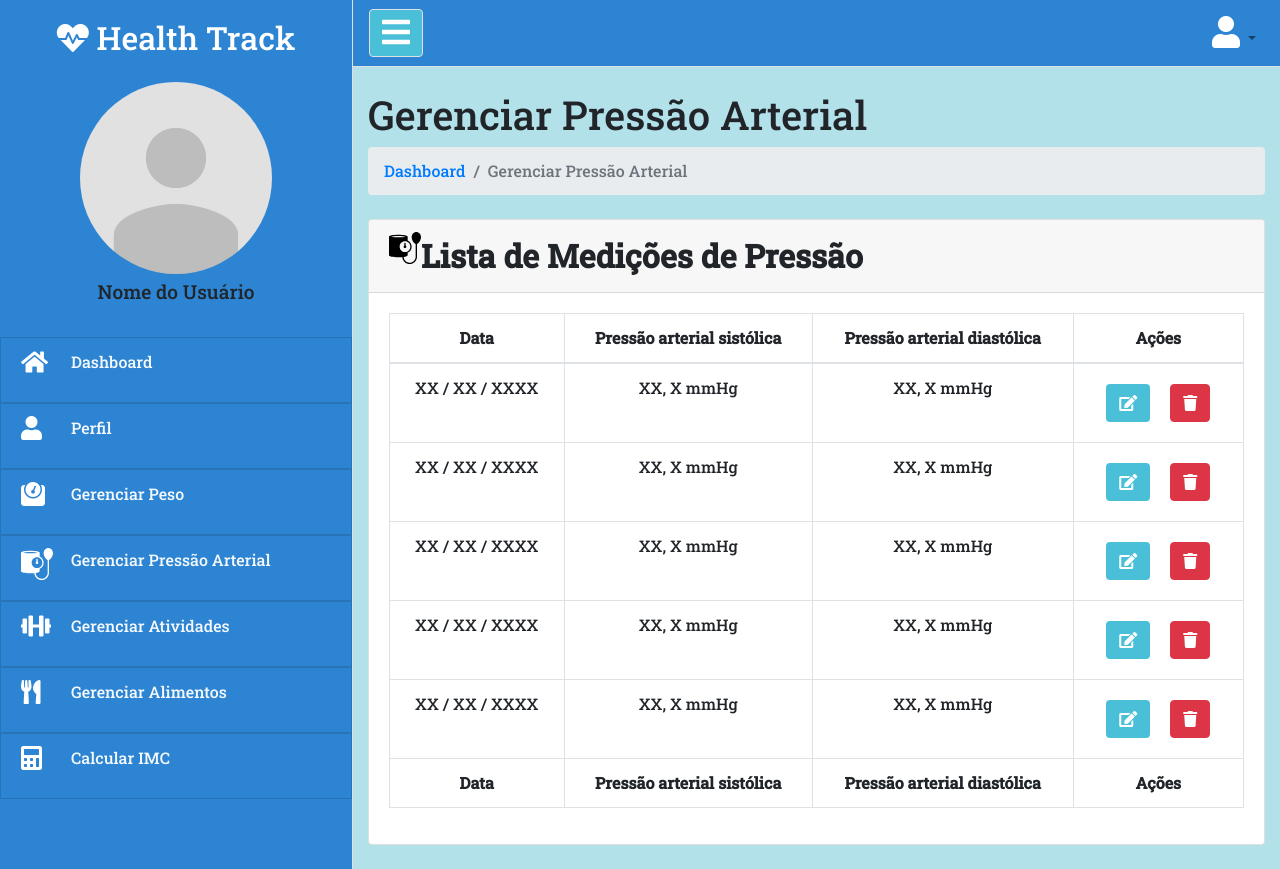
Repository: Kendysan88/projetoHealthTrack
Page: http://localhost/HealthTrack/blood-pressure.jsp
The author's editor kept a copy of each file at every save. The page is drawn from the files as they stood at one save, then again after the next save.
The browser window is 1280 px wide. The pictures show the whole page.
Some web libraries are served in a nearby version. The page is served by Tomcat 9. Other server files are loaded and not shown.

Above is the page before, as saved 2020-11-02 15:52:27.
Console error: TypeError: Cannot read properties of null (reading 'length')

### Integration/HealthTrack/WebContent/blood-pressure.jsp
<%@ page language="java" contentType="text/html; charset=ISO-8859-1"
	pageEncoding="ISO-8859-1"%>
<!DOCTYPE html>
<html>
<head>
<meta charset="ISO-8859-1">
<title>Pressão Sanguínea</title>
<%@ include file="header.jsp"%>
</head>
<body>
	<main class="d-flex" id="recolhe-menu">

		<!-- Menu Lateral -->
		<%@ include file="menu-aside.jsp"%>
		<!-- Fim-->

		<!-- Conteúdo da Página -->
		<section id="conteudo-pagina">

			<!-- Menu para deslogar -->
			<%@ include file="menu-top.jsp"%>
			<!-- Fim -->

			<!-- Conteúdo Principal -->
			<div class="container-fluid">
				<h1 class="mt-4">Gerenciar Pressão Arterial</h1>
				<ol class="breadcrumb mb-4">
					<li class="breadcrumb-item"><a href="home.jsp">Dashboard</a></li>
					<li class="breadcrumb-item active">Gerenciar Pressão Arterial</li>
				</ol>
				<div class="card mb-4">
					<div class="card-header cartao-titulo">
						<img src="resources/img/blood-pressure-black.svg"
					class="icone-pressao-arterial-branco"> Lista de Medições de
						Pressão
					</div>
					<div class="card-body">
						<div class="table-responsive text-center">
							<table class="table table-bordered" id="" width="100%"
								cellspacing="0">
								<thead>
									<tr>
										<th>Data</th>
										<th>Pressão arterial sistólica</th>
										<th>Pressão arterial diastólica</th>
										<th>Ações</th>
									</tr>
								</thead>
								<tfoot>
									<tr>
										<th>Data</th>
										<th>Pressão arterial sistólica</th>
										<th>Pressão arterial diastólica</th>
										<th>Ações</th>
									</tr>
								</tfoot>
								<tbody>
									<tr>
										<td>XX / XX / XXXX</td>
										<td>XX, X mmHg</td>
										<td>XX, X mmHg</td>
										<td>
											<button type="button" class="btn m-2 cor-botao"
												data-target="#modalPressao" data-toggle="modal">
												<i class="fas fa-edit"></i>
											</button>
											<button type="button" class="btn m-2 btn-danger">
												<i class="fas fa-trash"></i>
											</button>
										</td>
									</tr>
									<tr>
										<td>XX / XX / XXXX</td>
										<td>XX, X mmHg</td>
										<td>XX, X mmHg</td>
										<td>
											<button type="button" class="btn m-2 cor-botao">
												<i class="fas fa-edit"></i>
											</button>
											<button type="button" class="btn m-2 btn-danger">
												<i class="fas fa-trash"></i>
											</button>
										</td>
									</tr>
									<tr>
										<td>XX / XX / XXXX</td>
										<td>XX, X mmHg</td>
										<td>XX, X mmHg</td>
										<td>
											<button type="button" class="btn m-2 cor-botao">
												<i class="fas fa-edit"></i>
											</button>
											<button type="button" class="btn m-2 btn-danger">
												<i class="fas fa-trash"></i>
											</button>
										</td>
									</tr>
									<tr>
										<td>XX / XX / XXXX</td>
										<td>XX, X mmHg</td>
										<td>XX, X mmHg</td>
										<td>
											<button type="button" class="btn m-2 cor-botao">
												<i class="fas fa-edit"></i>
											</button>
											<button type="button" class="btn m-2 btn-danger">
												<i class="fas fa-trash"></i>
											</button>
										</td>
									</tr>
									<tr>
										<td>XX / XX / XXXX</td>
										<td>XX, X mmHg</td>
										<td>XX, X mmHg</td>
										<td>
											<button type="button" class="btn m-2 cor-botao">
												<i class="fas fa-edit"></i>
											</button>
											<button type="button" class="btn m-2 btn-danger">
												<i class="fas fa-trash"></i>
											</button>
										</td>
									</tr>
								</tbody>
							</table>
						</div>
					</div>
				</div>
			</div>
			<!-- Fim -->
		</section>
		<!-- Fim -->
	</main>

	<%@ include file="footer.jsp"%>

	<!-- Modal Pressão Sanguínea -->
	<%@ include file="blood-pressure-modal.jsp"%>
	<!-- Fim Modal Pressão Sanguínea -->
</body>
</html>

### Integration/HealthTrack/WebContent/header.jsp
<%@ page language="java" contentType="text/html; charset=ISO-8859-1"
    pageEncoding="ISO-8859-1"%>
<!DOCTYPE html>
<html>
<head>
<meta charset="ISO-8859-1">
<link rel="stylesheet" href="resources/css/bootstrap/bootstrap.min.css">
<link rel="stylesheet" href="resources/css/index.css">
<link rel="stylesheet" href="https://use.fontawesome.com/releases/v5.7.0/css/all.css" integrity="sha384-lZN37f5QGtY3VHgisS14W3ExzMWZxybE1SJSEsQp9S+oqd12jhcu+A56Ebc1zFSJ" crossorigin="anonymous">
<link href="https://fonts.googleapis.com/css2?family=Roboto+Slab:wght@500&display=swap" rel="stylesheet">
<title>Insert title here</title>
</head>
<body>
</body>
</html>

### Integration/HealthTrack/WebContent/menu-aside.jsp
<%@ page language="java" contentType="text/html; charset=ISO-8859-1"
	pageEncoding="ISO-8859-1"%>
<!DOCTYPE html>
<html>
<head>
<meta charset="ISO-8859-1">
<title>Insert title here</title>
</head>
<body>
	<aside class="cor-especial border-right" id="menu-lateral">
		<div class="menu-lateral-posicao">
			<div class="text-center">
				<p class="titulo-menu-lateral">
					<i class="icones-cabecalho fas fa-heartbeat"></i> Health Track
				</p>
				<img src="resources/img/avatar.png" class="img-fluid p-1 rounded-circle"
					alt="Foto do Usuário">
				<p>Nome do Usuário</p>
			</div>
		</div>
		<ul class="list-group list-group-flush">
			<li><a href="home.jsp"
				class="lista-lateral cor-especial list-group-item"> <i
					class="icones-menu-lateral fas fa-home"></i>
					<p>Dashboard</p>
			</a></li>
			<li><a href="user.jsp"
				class="lista-lateral cor-especial list-group-item"> <i
					class="icones-menu-lateral fas fa-user"></i>
					<p>Perfil</p>
			</a></li>
			<li><a href="weight.jsp"
				class="lista-lateral cor-especial list-group-item"> <i
					class="icones-menu-lateral fas fa-weight"></i>
					<p>Gerenciar Peso</p>
			</a></li>
			<li><a href="blood-pressure.jsp"
				class="lista-lateral cor-especial list-group-item"> <img
					src="resources/img/blood-pressure-white.svg"
					class="icone-pressao-arterial-branco">
					<p>Gerenciar Pressão Arterial</p>
			</a></li>
			<li><a href="physical-activity.jsp"
				class="lista-lateral cor-especial list-group-item"> <i
					class="icones-menu-lateral fas fa-dumbbell"></i>
					<p>Gerenciar Atividades</p>
			</a></li>
			<li><a href="food.jsp"
				class="lista-lateral cor-especial list-group-item"> <i
					class="icones-menu-lateral fas fa-utensils"></i>
					<p>Gerenciar Alimentos</p>
			</a></li>
			<li><a href="bmi.jsp"
				class="lista-lateral cor-especial list-group-item"> <i
					class="icones-menu-lateral fas fa-calculator"></i>
					<p>Calcular IMC</p>
			</a></li>
		</ul>
	</aside>
</body>
</html>

### Integration/HealthTrack/WebContent/menu-top.jsp
<%@ page language="java" contentType="text/html; charset=ISO-8859-1"
	pageEncoding="ISO-8859-1"%>
<!DOCTYPE html>
<html>
<head>
<meta charset="ISO-8859-1">
<title>Insert title here</title>
</head>
<body>
	<header>
		<nav
			class="navbar navbar-expand-lg navbar-light cor-especial border-bottom">
			<button class="btn cor-botao border" id="botao-recolhe">
				<i class="icones-cabecalho fas fa-bars"></i>
			</button>

			<button class="navbar-toggler cor-botao border" type="button"
				data-toggle="collapse" data-target="#menu-deslogar"
				aria-controls="menu-deslogar" aria-expanded="false"
				aria-label="Toggle navigation">
				<i class="icones-cabecalho fas fa-sign-out-alt"></i>
			</button>

			<div class="collapse navbar-collapse" id="menu-deslogar">
				<ul class="navbar-nav ml-auto mt-2 mt-lg-0">
					<li class="nav-item dropdown"><a
						class="nav-link dropdown-toggle" href="#" id="navbarDropdown"
						role="button" data-toggle="dropdown" aria-haspopup="true"
						aria-expanded="false"> <i class="icones-cabecalho fas fa-user"></i>
					</a>
						<div class="dropdown-menu dropdown-menu-right"
							aria-labelledby="navbarDropdown">
							<a class="dropdown-item" href="login.html">Deslogar</a>
						</div>
					</li>
				</ul>
			</div>
		</nav>
	</header>
</body>
</html>

### Integration/HealthTrack/WebContent/footer.jsp
<%@ page language="java" contentType="text/html; charset=ISO-8859-1"
    pageEncoding="ISO-8859-1"%>
<!DOCTYPE html>
<html>
<head>
<meta charset="ISO-8859-1">
<title>Insert title here</title>
</head>
<body>
    <script src="resources/js/jquery.min.js"></script>
    <script src="resources/js/bootstrap/bootstrap.min.js"></script>
    <script src="https://cdnjs.cloudflare.com/ajax/libs/Chart.js/2.8.0/Chart.min.js" crossorigin="anonymous"></script>
    <script src="resources/js/javascript.js"></script>
</body>
</html>

### Integration/HealthTrack/WebContent/blood-pressure-modal.jsp
<%@ page language="java" contentType="text/html; charset=ISO-8859-1"
	pageEncoding="ISO-8859-1"%>
<!DOCTYPE html>
<html>
<head>
<meta charset="ISO-8859-1">
<title></title>
</head>
<body>
	<div class="modal fade" id="modalPressao" tabindex="-1" role="dialog"
		aria-labelledby="exampleModalLabel" aria-hidden="true">
		<div class="modal-dialog">
			<div class="modal-content">
				<div class="modal-header">
					<h5 class="modal-title" id="modalPressao">Editar Pressão
						Arterial</h5>
					<button type="button" class="close" data-dismiss="modal"
						aria-label="Close">
						<span aria-hidden="true">&times;</span>
					</button>
				</div>
				<div class="modal-body">
					<form>
						<div class="form-row">
							<div class=" form-group col-md-6">
								<label for="">Pressão Arterial Sistólica</label> <input
									type="text" name="" id="" class="form-control">
							</div>
							<div class="form-group col-md-6">
								<label for="">Pressão Arterial Diastólica</label> <input
									type="text" name="" id="" class="form-control">
							</div>
						</div>
						<div class="form-row">
							<div class=" form-group col-md-6">
								<label for="">Data</label> <input type="date" name="" id=""
									class="form-control">
							</div>
							<div class="form-group col-md-6">
								<label for="">Horário</label> <input type="time" name="" id=""
									class="form-control">
							</div>
						</div>
					</form>
				</div>
				<div class="modal-footer">
					<button type="button" class="btn btn-secondary"
						data-dismiss="modal">Fechar</button>
					<button type="button" class="btn btn-primary">Salvar</button>
				</div>
			</div>
		</div>
	</div>
</body>
</html>

### Integration/HealthTrack/WebContent/resources/css/index.css
html {
  font-size: 1rem;
}

body {
  font-family: 'Roboto Slab', serif;
  overflow-x: hidden;
}
/* CSS DO LOGIN */

#bodyLogin {
  background-image: url(../img/bgHealthTrack.jpg);
  background-size: cover;
  background-repeat: no-repeat;
  background-attachment: fixed;
}

#card-tela-login {
  position: absolute;
  top: 50%;
  left: 50%;
  transform: translate(-50%, -50%);
  box-shadow: 1px 5px 30px rgb(195, 195, 195);
  background-color: #B3E1EA;
  width: 30rem;
  ;
}

/* Fim */

.cor-especial {
  background-color: #2C84D3;
}

.cor-botao {
  background-color: #49C0D7;
  color: #ffffff;
}

/* CSS do Cabeçalho e do Menu Lateral */

#menu-lateral {
  min-height: 100vh;
  margin-left: -22rem;
  -webkit-transition: margin .25s ease-out;
  -moz-transition: margin .25s ease-out;
  -o-transition: margin .25s ease-out;
  transition: margin .25s ease-out;
}

#menu-lateral .menu-lateral-posicao {
  padding: 0.875rem 1.25rem;
  font-size: 1.2rem;
}

#menu-lateral .list-group {
  width: 22rem;
}

#recolhe-menu.toggled #menu-lateral {
  margin-left: 0;
}

.lista-lateral p {
  margin-left: 50px;
}

.titulo-menu-lateral, .icones-cabecalho {
  font-size: 2rem;
  color: #ffffff;
}

.icones-menu-lateral {
  font-size: 1.5rem;
  color: #ffffff;
  float: left;
}

.icone-pressao-arterial-branco{
  float: left;
  width: 2rem;
  height: 2rem;
}

.icone-pressao-arterial-preto{
  margin-right: 20px;
  width: 2rem;
  height: 2rem;
}

a.lista-lateral {
  color: #F5F9FB;
  text-decoration: none;
}

a.lista-lateral:hover {
  background-color: #98C4D9;
}

/* fim */

#conteudo-pagina {
  min-width: 100vw;
  background-color: #B3E1EA;
}

.icone-cartao {
  margin-right: 20px;
  font-size: 2rem;
  width: 2rem;
  height: 2rem;
  font-weight: bold;
}

.cartao-texto, .cartao-titulo, .icones-rodape, .icones-login {
  font-size: 2rem;
  font-weight: bold;
}

.cartao-titulo-perfil {
  font-weight: 200;
  color: #ffffff;
}

/* Responsividade */

@media (max-width: 320px) {
  #card-tela-login {
    width: 19rem;
  }
}

/* Dispositivos Pequenos (Smartphones) */

@media (min-width: 360px) and (max-width: 640px) {
  #card-tela-login {
    width: 22rem;
  }
}
@media (min-width: 411px) and (max-width: 731px) {
  #card-tela-login {
    width: 25rem;
  }
}

/* Dispositivos Médios (Tablets) */

@media (min-width: 768px) and (max-width: 1024px) {
  #menu-lateral {
    margin-left: 0;
  }
  #conteudo-pagina {
    min-width: 0;
    width: 100%;
  }
  #recolhe-menu.toggled #menu-lateral {
    margin-left: -22rem;
  }
  #card-tela-login {
    width: 25rem;
  }
}

/* Dispositivos Grandes (Desktops) */
@media (min-width: 1200px) {
  #menu-lateral {
    margin-left: 0;
  }
  #conteudo-pagina {
    min-width: 0;
    width: 100%;
  }
  #recolhe-menu.toggled #menu-lateral {
    margin-left: -22rem;
  }
 }

 @include media-breakpoint-up(sm) {
  html {
    font-size: 1.2rem;
  }
}

@include media-breakpoint-up(md) {
  html {
    font-size: 1.4rem;
  }
}

@include media-breakpoint-up(lg) {
  html {
    font-size: 1.6rem;
  }
}

### Integration/HealthTrack/WebContent/resources/img/blood-pressure-white.svg
<?xml version="1.0"?>
<svg xmlns="http://www.w3.org/2000/svg" xmlns:xlink="http://www.w3.org/1999/xlink" xmlns:svgjs="http://svgjs.com/svgjs" version="1.1" width="512" height="512" x="0" y="0" viewBox="0 0 512 512" style="enable-background:new 0 0 512 512" xml:space="preserve" class=""><g>
<g xmlns="http://www.w3.org/2000/svg">
	<g>
		<g>
			<path d="M277.333,234.667c0-7.792-4.409-14.329-10.667-18.053v-35.28c0-5.896-4.771-10.667-10.667-10.667     s-10.667,4.771-10.667,10.667v35.28c-6.258,3.724-10.667,10.262-10.667,18.053c0,11.76,9.573,21.333,21.333,21.333     S277.333,246.427,277.333,234.667z" fill="#ffffff" data-original="#000000" style="" class=""/>
			<path d="M437.333,0c-41.865,0-74.667,37.479-74.667,85.333c0,34.341,25.902,95.176,64,105.121v204.212c0,52.938-43.063,96-96,96     c-50.943,0-92.335-39.995-95.411-90.176c33.447-4.255,63.411-12.215,63.411-27.158v-41.042c37.604-16.507,64-53.997,64-97.625     c0-43.628-26.396-81.119-64-97.625V74.667c0-30.458-124.396-32-149.333-32S0,44.208,0,74.667v298.667     c0,30.458,124.396,32,149.333,32c10.102,0,36.546-0.289,64.408-2.615C217.91,463.66,268.686,512,330.667,512     C395.365,512,448,459.365,448,394.667V190.454c38.098-9.945,64-70.78,64-105.121C512,37.479,479.198,0,437.333,0z M32.781,74.667     C54.427,69.375,98.667,64,149.333,64C200,64,244.24,69.375,265.885,74.667C244.24,79.958,200,85.333,149.333,85.333     C98.667,85.333,54.427,79.958,32.781,74.667z M170.667,234.667c0-47.052,38.281-85.333,85.333-85.333     s85.333,38.281,85.333,85.333C341.333,281.719,303.052,320,256,320S170.667,281.719,170.667,234.667z" fill="#ffffff" data-original="#000000" style="" class=""/>
		</g>
	</g>
</g>
<g xmlns="http://www.w3.org/2000/svg">
</g>
<g xmlns="http://www.w3.org/2000/svg">
</g>
<g xmlns="http://www.w3.org/2000/svg">
</g>
<g xmlns="http://www.w3.org/2000/svg">
</g>
<g xmlns="http://www.w3.org/2000/svg">
</g>
<g xmlns="http://www.w3.org/2000/svg">
</g>
<g xmlns="http://www.w3.org/2000/svg">
</g>
<g xmlns="http://www.w3.org/2000/svg">
</g>
<g xmlns="http://www.w3.org/2000/svg">
</g>
<g xmlns="http://www.w3.org/2000/svg">
</g>
<g xmlns="http://www.w3.org/2000/svg">
</g>
<g xmlns="http://www.w3.org/2000/svg">
</g>
<g xmlns="http://www.w3.org/2000/svg">
</g>
<g xmlns="http://www.w3.org/2000/svg">
</g>
<g xmlns="http://www.w3.org/2000/svg">
</g>
</g></svg>

### Integration/HealthTrack/WebContent/resources/img/blood-pressure-black.svg
<?xml version="1.0" encoding="iso-8859-1"?>
<!-- Generator: Adobe Illustrator 19.0.0, SVG Export Plug-In . SVG Version: 6.00 Build 0)  -->
<svg version="1.1" id="Capa_1" xmlns="http://www.w3.org/2000/svg" xmlns:xlink="http://www.w3.org/1999/xlink" x="0px" y="0px"
	 viewBox="0 0 512 512" style="enable-background:new 0 0 512 512;" xml:space="preserve">
<g>
	<g>
		<g>
			<path d="M277.333,234.667c0-7.792-4.409-14.329-10.667-18.053v-35.28c0-5.896-4.771-10.667-10.667-10.667
				s-10.667,4.771-10.667,10.667v35.28c-6.258,3.724-10.667,10.262-10.667,18.053c0,11.76,9.573,21.333,21.333,21.333
				S277.333,246.427,277.333,234.667z"/>
			<path d="M437.333,0c-41.865,0-74.667,37.479-74.667,85.333c0,34.341,25.902,95.176,64,105.121v204.212c0,52.938-43.063,96-96,96
				c-50.943,0-92.335-39.995-95.411-90.176c33.447-4.255,63.411-12.215,63.411-27.158v-41.042c37.604-16.507,64-53.997,64-97.625
				c0-43.628-26.396-81.119-64-97.625V74.667c0-30.458-124.396-32-149.333-32S0,44.208,0,74.667v298.667
				c0,30.458,124.396,32,149.333,32c10.102,0,36.546-0.289,64.408-2.615C217.91,463.66,268.686,512,330.667,512
				C395.365,512,448,459.365,448,394.667V190.454c38.098-9.945,64-70.78,64-105.121C512,37.479,479.198,0,437.333,0z M32.781,74.667
				C54.427,69.375,98.667,64,149.333,64C200,64,244.24,69.375,265.885,74.667C244.24,79.958,200,85.333,149.333,85.333
				C98.667,85.333,54.427,79.958,32.781,74.667z M170.667,234.667c0-47.052,38.281-85.333,85.333-85.333
				s85.333,38.281,85.333,85.333C341.333,281.719,303.052,320,256,320S170.667,281.719,170.667,234.667z"/>
		</g>
	</g>
</g>
<g>
</g>
<g>
</g>
<g>
</g>
<g>
</g>
<g>
</g>
<g>
</g>
<g>
</g>
<g>
</g>
<g>
</g>
<g>
</g>
<g>
</g>
<g>
</g>
<g>
</g>
<g>
</g>
<g>
</g>
</svg>

### Integration/HealthTrack/WebContent/resources/js/javascript.js
$("#botao-recolhe").click(function (e) {
    e.preventDefault();
    $("#recolhe-menu").toggleClass("toggled");
});

// Gráfico de Area
var ctx = document.getElementById("myAreaChart");
var myLineChart = new Chart(ctx, {
  type: 'line',
  data: {
    labels: ["Janeiro", "Fevereiro", "Março", "Abril", "Maio", "Junho"],
    datasets: [{
      label: "Minutos",
      lineTension: 0.3,
      backgroundColor: "rgba(2,117,216,0.2)",
      borderColor: "rgba(2,117,216,1)",
      pointRadius: 5,
      pointBackgroundColor: "rgba(2,117,216,1)",
      pointBorderColor: "rgba(255,255,255,0.8)",
      pointHoverRadius: 5,
      pointHoverBackgroundColor: "rgba(2,117,216,1)",
      pointHitRadius: 50,
      pointBorderWidth: 2,
      data: [99, 112, 105, 101, 120, 100],
    }],
  },
  options: {
    scales: {
      xAxes: [{
        time: {
          unit: 'date'
        },
        gridLines: {
          display: false
        },
        ticks: {
          maxTicksLimit: 7
        }
      }],
      yAxes: [{
        ticks: {
          min: 0,
          max: 120,
          maxTicksLimit: 5
        },
        gridLines: {
          color: "rgba(0, 0, 0, .125)",
        }
      }],
    },
    legend: {
      display: false
    }
  }
});
//Fim

// Gráfico de Barra
var ctx = document.getElementById("myBarChart");
var myLineChart = new Chart(ctx, {
  type: 'bar',
  data: {
    labels: ["Janeiro", "Fevereiro", "Março", "Abril", "Maio", "Junho"],
    datasets: [{
      label: "Peso",
      backgroundColor: "rgba(2,117,216,1)",
      borderColor: "rgba(2,117,216,1)",
      data: [78, 80, 78, 75, 70, 70],
    }],
  },
  options: {
    scales: {
      xAxes: [{
        time: {
          unit: 'month'
        },
        gridLines: {
          display: false
        },
        ticks: {
          maxTicksLimit: 6
        }
      }],
      yAxes: [{
        ticks: {
          min: 0,
          max: 200,
          maxTicksLimit: 5
        },
        gridLines: {
          display: true
        }
      }],
    },
    legend: {
      display: false
    }
  }
});
//Fim

Loaded but not shown: Integration/HealthTrack/WebContent/resources/css/bootstrap/bootstrap.min.css (library); Integration/HealthTrack/WebContent/resources/js/jquery.min.js (library); Integration/HealthTrack/WebContent/resources/js/bootstrap/bootstrap.min.js (library)

After the next save:
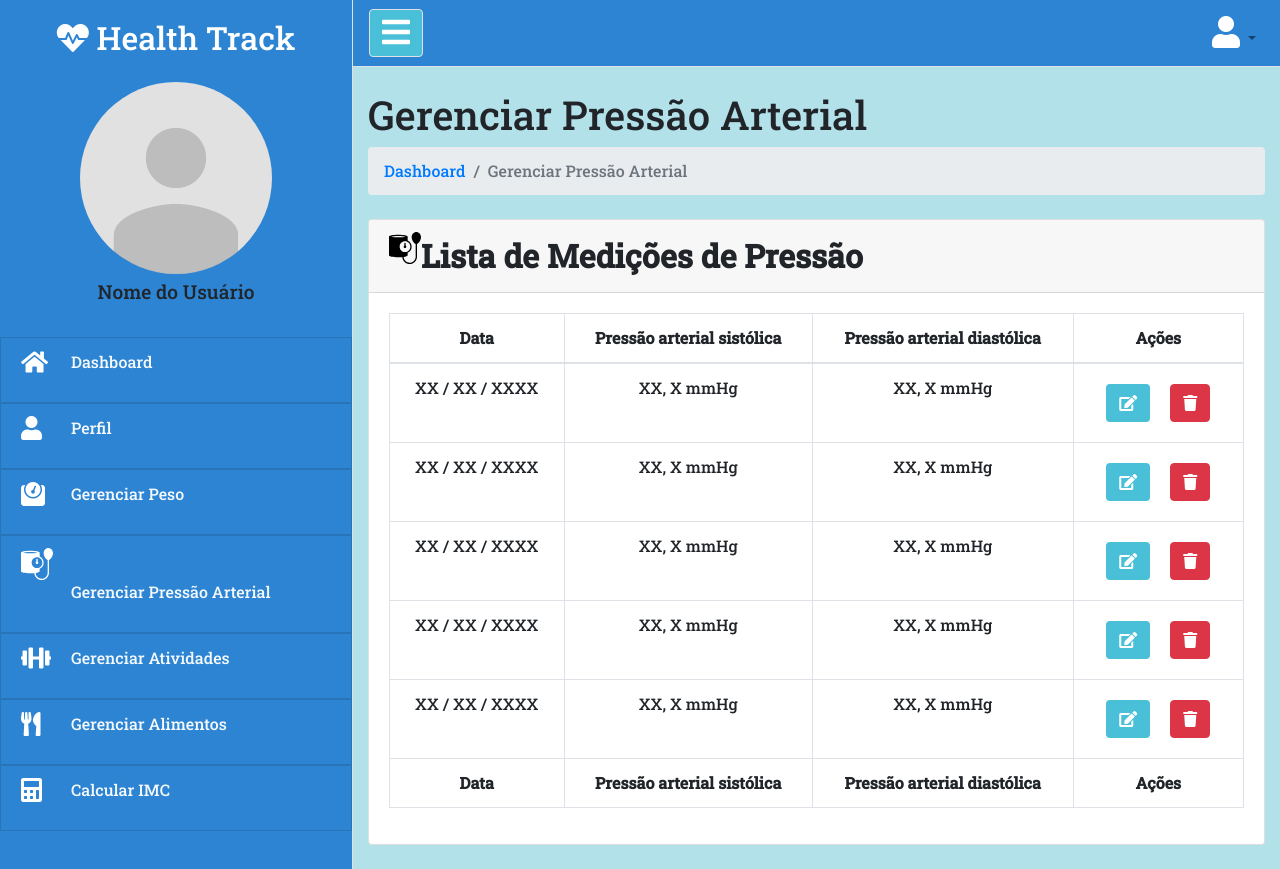
Saved 31 s later.
--- a/Integration/HealthTrack/WebContent/menu-aside.jsp
+++ b/Integration/HealthTrack/WebContent/menu-aside.jsp
@@ -37,7 +37,7 @@
 			<li><a href="blood-pressure.jsp"
 				class="lista-lateral cor-especial list-group-item"> <img
 					src="resources/img/blood-pressure-white.svg"
-					class="icone-pressao-arterial-branco">
+					class="icone-pressao-arterial-preto">
 					<p>Gerenciar Pressão Arterial</p>
 			</a></li>
 			<li><a href="physical-activity.jsp"
